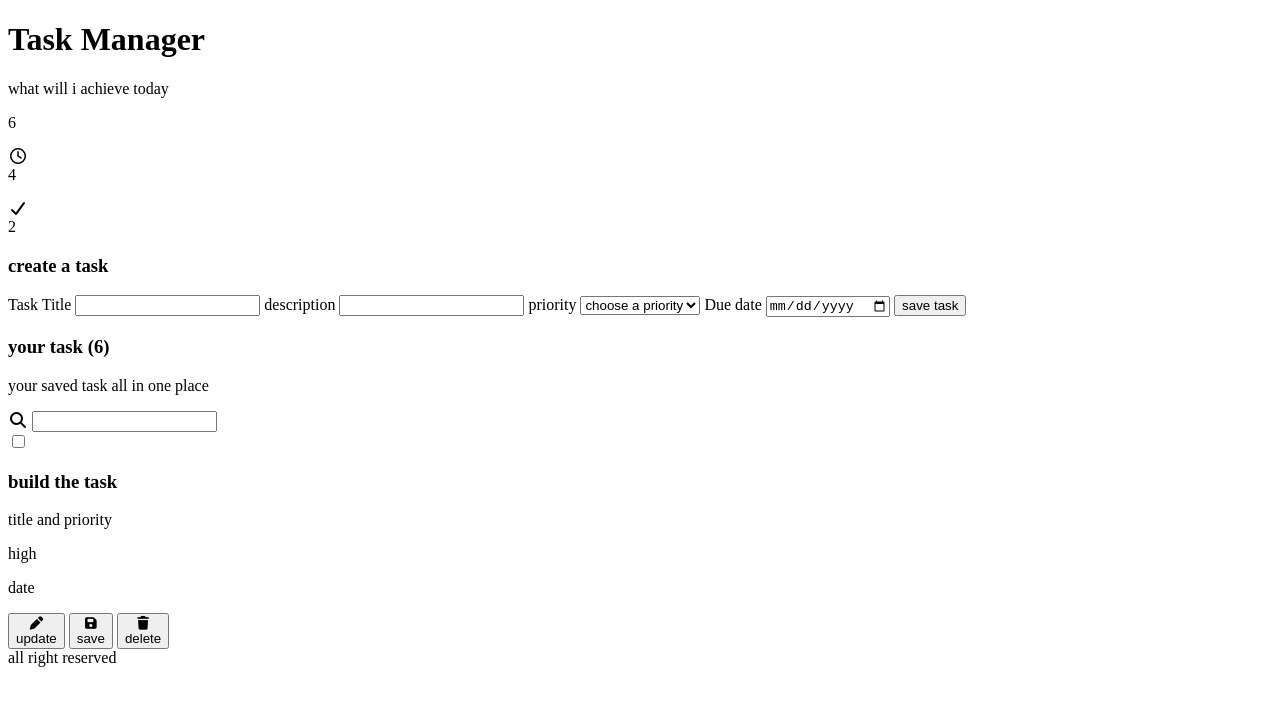
Repository: XDENTERTAINMENT/task-manager-groupwork
Page: index.html
The author's editor kept a copy of each file at every save. The page is drawn from the files as they stood at one save, then again after a run of saves.
The browser window is 1280 px wide. The pictures show the whole page.

Above is the page before, as saved 2026-10-23 22:12:38.

After the next 3 saves:
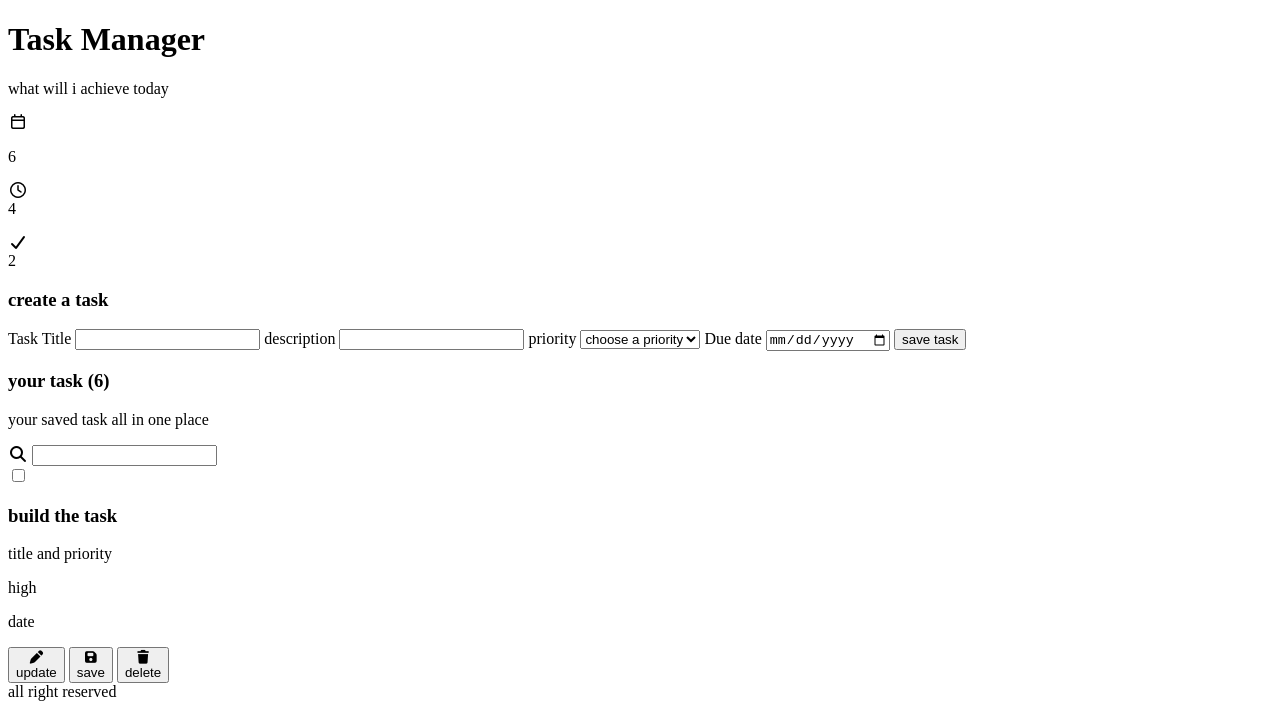
The 3 saves are shown as one change because they came seconds apart.
The last was saved 11 s later.
--- a/index.html
+++ b/index.html
@@ -16,7 +16,8 @@
    <main>
     <section class="section1">
         <div>
-
+         <div><i class="fa-regular fa-calendar"></i></div>
+         <div></div>
         <p id="total-task">6</p>
         </div>
 

After the 3 saves that followed:
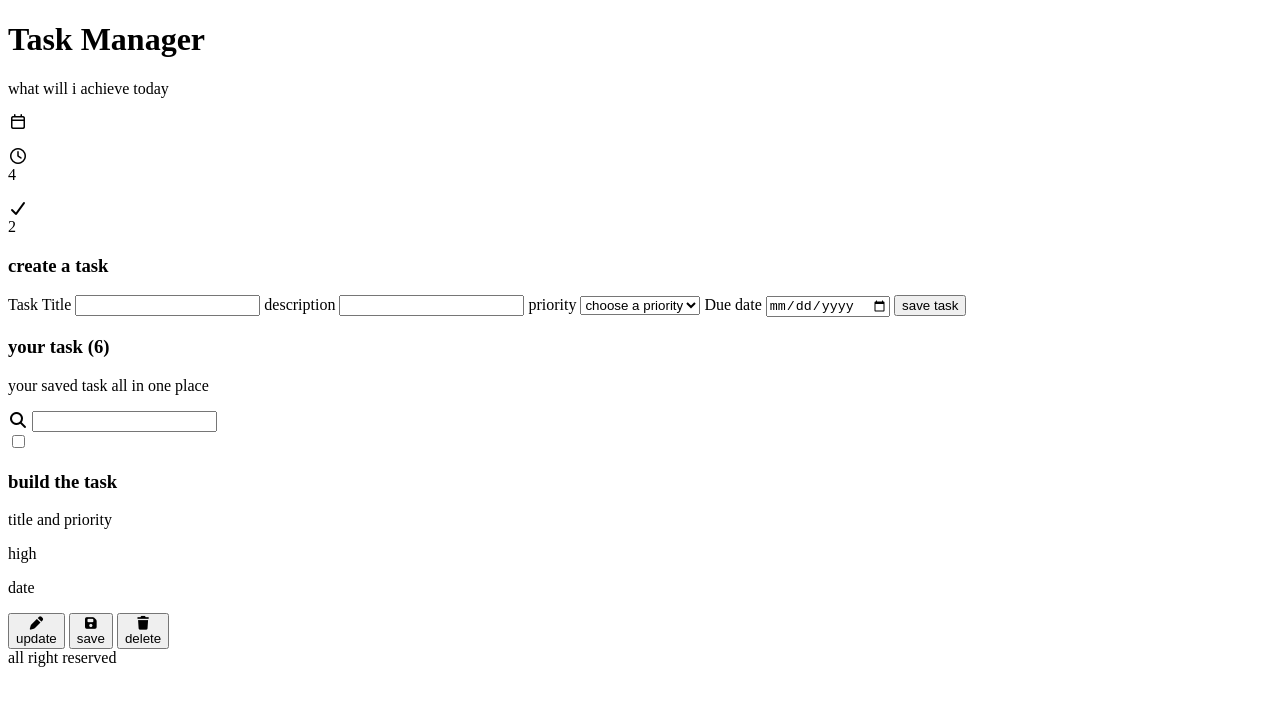
The 3 saves are shown as one change because they came seconds apart.
The last was saved 9 s later.
--- a/index.html
+++ b/index.html
@@ -17,8 +17,10 @@
     <section class="section1">
         <div>
          <div><i class="fa-regular fa-calendar"></i></div>
-         <div></div>
-        <p id="total-task">6</p>
+         <div>
+            <p></p>
+         </div>
+
         </div>
 
         <div>
